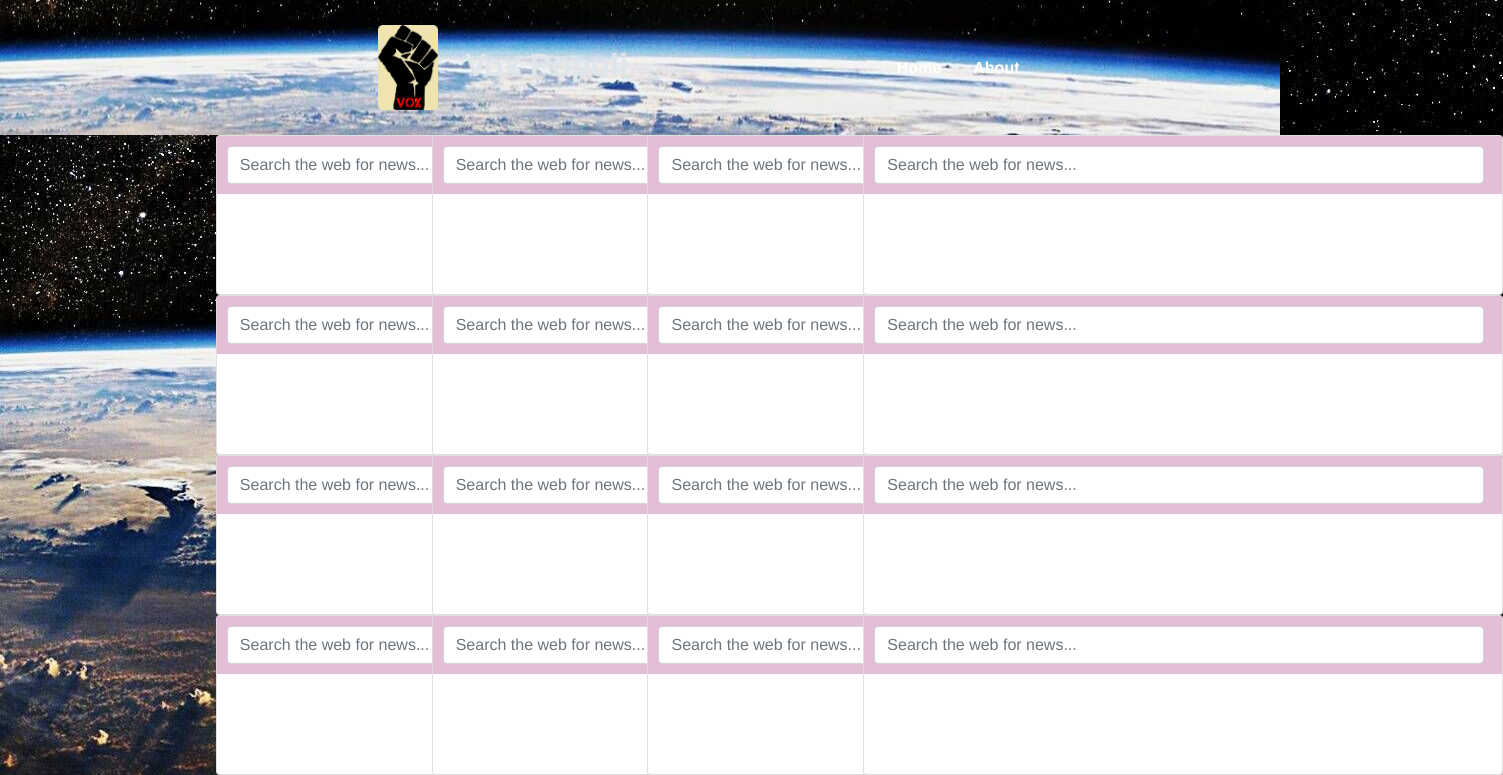
Repository: mseparov/vox-populi
Page: / (app in vox-populi/)
These files come from the project's save history. The page is drawn as it stood at one moment and after the next save; the edit follows.
The browser window is 1280 px wide. The page is 1503 px wide, then 1280 px, so the pictures cover 1503 px, including what lies to the right of the window. The pictures show the whole page.
The page's requests for data from a server got no answer. Backgrounds fixed to the window are drawn as part of the page. The project was rebuilt for these pictures with package versions that can differ from the ones it lists, and the page was loaded fresh each time. No one was signed in, and anything a server would have sent is missing.

Above is the page before, as saved 2021-08-23 00:41:17.

After the next save:
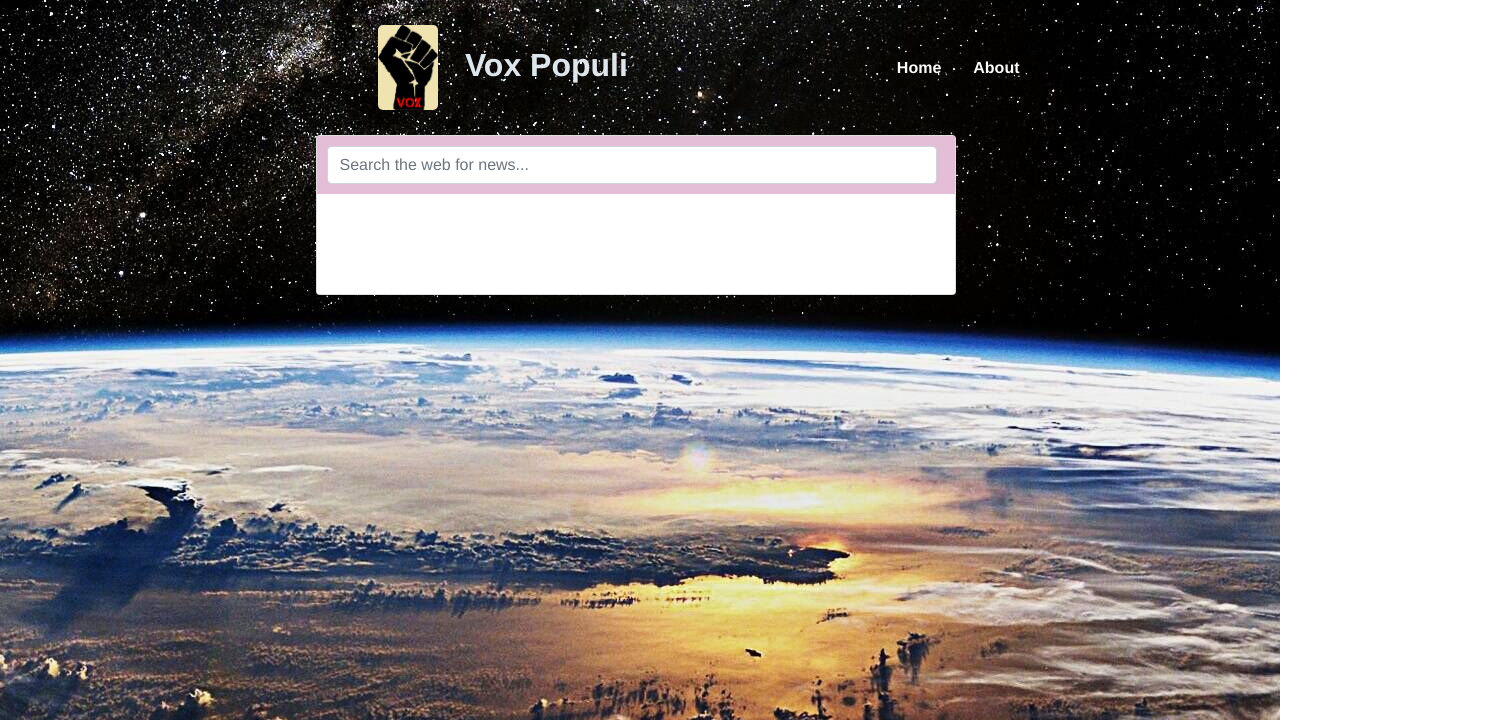
Saved 9 s later.
--- a/vox-populi/src/views/Home.vue
+++ b/vox-populi/src/views/Home.vue
@@ -1,44 +1,10 @@
 <template>
 
-  <div class="row">
+<div class="articles" >
 
-    <div class="col-2" id="leftBG">
+     <NewsArticle/>
 
-    </div>
-
-    <div class="col-2">
-      <news-article />
-      <news-article />
-      <news-article />
-      <news-article />
-    </div>
-
-    <div class="col-2">
-      <news-article />
-      <news-article />
-      <news-article />
-      <news-article />
-    </div>
-
-    <div class="col-2">
-      <news-article />
-      <news-article />
-      <news-article />
-      <news-article />
-    </div>
-
-    <div class="col-2">
-      <news-article />
-      <news-article />
-      <news-article />
-      <news-article />
-    </div>
-
-    <div class="col-2 rightBG">
-
-    </div>
-
-  </div>
+</div>
 
 </template>
 
